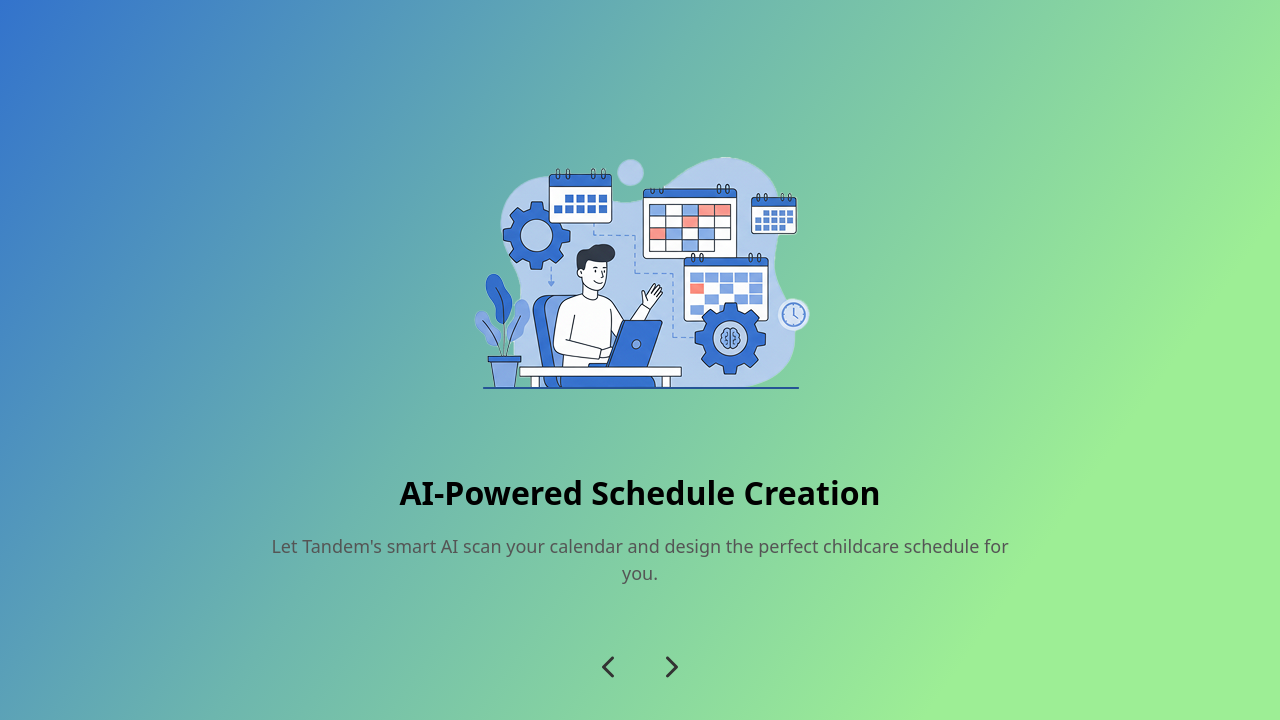
Repository: IDSP-TRADECARE/Tandem
Page: /boarding/features
An editor plug-in stored every save of this project. The page is shown before and after a run of saves, followed by the edit.
The browser window is 1280 px wide. The pictures show the whole page.
The page's requests for data from a server got no answer. Some web fonts or font styles are not loaded; a fallback is used. The project was rebuilt for these pictures with package versions that can differ from the ones it lists, and the page was loaded fresh each time. Some packages were replaced by stand-ins written for this rebuild. The framework's server and built-in components were replaced by stand-ins that run in the browser. No one was signed in, and anything a server would have sent is missing. Also part of the build but not shown: next.config.ts, src/app/components/auth/AuthGuard.tsx.

Above is the page before, as saved 2025-11-22 21:39:36.

### src/app/layout.tsx
/* eslint-disable @next/next/no-page-custom-font */
import { ClerkProvider } from '@clerk/nextjs'
import { SocketProvider } from '@/lib/socket/SocketContext'
import './globals.css'
import type { Metadata } from "next";
import { AuthWrapper } from './components/auth/AuthWrapper';


export const metadata: Metadata = {
  title: "Tandem",
  description: "Share childcare with your community",
  icons: {
    icon: 'brand/logoColor.svg',
  },
};

export default function RootLayout({
  children,
}: Readonly<{
  children: React.ReactNode;
}>) {
  return (
    <ClerkProvider>
      <html lang="en">
        <head>
          {/* Omnes Pro from Adobe Fonts */}
          <link rel="stylesheet" href="https://use.typekit.net/pku8yek.css" />

          {/* Alan Sans from Google Fonts */}
          <link rel="preconnect" href="https://fonts.googleapis.com" />
          <link rel="preconnect" href="https://fonts.gstatic.com" crossOrigin="anonymous" />
          <link href="https://fonts.googleapis.com/css2?family=Alan+Sans:wght@300..900&display=swap" rel="stylesheet" />
        </head>
        <body className="antialiased">
          <SocketProvider>
            <AuthWrapper>
              {children}
            </AuthWrapper>
          </SocketProvider>
        </body>
      </html>
    </ClerkProvider>
  )
}

### src/app/boarding/features/page.tsx
"use client";
import { useState } from "react";
import { useRouter } from "next/navigation";
import { GradientBackgroundFull } from "@/app/components/ui/backgrounds/GradientBackgroundFull";
import { IoIosArrowBack, IoIosArrowForward } from "react-icons/io";
import styles from "./features.module.css";

const features = [
    {
        id: 1,
        title: "AI-Powered Schedule Creation",
        description:
            "Let Tandem's smart AI scan your calendar and design the perfect childcare schedule for you.",
        imgSrc: "/boarding/Graphic-ai-powered-feature1.png",
    },
    {
        id: 2,
        title: "Seamless Nanny Booking",
        description:
            "Effortlessly discover and book reliable nannies tailored to your family's needs.",
        imgSrc: "/boarding/Seamless-nanny-booking-feature2.png",
    },
    {
        id: 3,
        title: "Intelligent Nanny Sharing",
        description:
            "Team up with nearby families to share trusted nannies, cutting costs while building lasting connections.",
        imgSrc: "/boarding/Intelligent-nanny-sharing-feature3.png",
    },
];

export default function FeaturesPage() {
    const [currentIndex, setCurrentIndex] = useState(0);
    const router = useRouter();

    const handleNext = () => {
        if (currentIndex < features.length - 1) {
            setCurrentIndex(currentIndex + 1);
        } else {
            router.push("./sign-up");
        }
    };

    const handlePrevious = () => {
        if (currentIndex > 0) {
            setCurrentIndex(currentIndex - 1);
        }
    };

    const currentFeature = features[currentIndex];

    return (
        <GradientBackgroundFull>
            <div className={styles.container}>
                <div className='max-w-3xl w-full text-center mb-8'>
                    <div className={styles.imageContainer}>
                        <img
                            src={currentFeature.imgSrc}
                            alt={`Feature ${currentFeature.id}`}
                        />
                    </div>

                    <h1 className={styles.title}>{currentFeature.title}</h1>

                    <p className={styles.description}>
                        {currentFeature.description}
                    </p>
                </div>
                <div className={styles.navigation}>
                    <button
                        onClick={handlePrevious}
                        disabled={currentIndex === 0}
                    >
                        <IoIosArrowBack size={32} />
                    </button>

                    <button onClick={handleNext}>
                        <IoIosArrowForward size={32} />
                    </button>
                </div>
            </div>
        </GradientBackgroundFull>
    );
}

### src/lib/socket/SocketContext.tsx
'use client';

import { createContext, useContext, useEffect, useState } from 'react';
import { io, Socket } from 'socket.io-client';
import { ClientToServerEvents, ServerToClientEvents } from './types';

type TypedSocket = Socket<ServerToClientEvents, ClientToServerEvents>;

interface SocketContextType {
  socket: TypedSocket | null;
  isConnected: boolean;
}

const SocketContext = createContext<SocketContextType>({
  socket: null,
  isConnected: false,
});

export function SocketProvider({ children }: { children: React.ReactNode }) {
  const [socket, setSocket] = useState<TypedSocket | null>(null);
  const [isConnected, setIsConnected] = useState(false);

  useEffect(() => {
    const socketUrl = process.env.NEXT_PUBLIC_SOCKET_URL || 'http://localhost:3001';

    console.log('Connecting to Socket.IO server:', socketUrl);

    const socketInstance: TypedSocket = io(socketUrl, {
      transports: ['websocket', 'polling'],
    });

    socketInstance.on('connect', () => {
      console.log('✅ Socket connected:', socketInstance.id);
      setIsConnected(true);
    });

    socketInstance.on('disconnect', () => {
      console.log('❌ Socket disconnected');
      setIsConnected(false);
    });

    socketInstance.on('connect_error', (error) => {
      console.error('Socket connection error:', error);
      setIsConnected(false);
    });

    setSocket(socketInstance);

    return () => {
      socketInstance.disconnect();
    };
  }, []);

  return (
    <SocketContext.Provider value={{ socket, isConnected }}>
      {children}
    </SocketContext.Provider>
  );
}

export const useSocket = () => useContext(SocketContext);

### src/app/globals.css
@import "tailwindcss";

@theme {
  /* Font families */
  --font-family-alan: "Alan Sans", sans-serif;
  --font-family-omnes: "omnes-pro", sans-serif;

  /* Primary Colors */
  --color-primary: #3373cc;
  --color-primary-lighter: #a3c0e8;
  --color-primary-light: #91b3e3;
  --color-primary-light-hover: #91b3e3;
  --color-primary-light-active: #7aa4de;
  --color-primary-hover: #2b62ad;
  --color-primary-active: #255495;
  --color-primary-dark: #122847;
  --color-primary-dark-hover: #0d1d33;
  --color-primary-dark-active: #060d16;

  /* Secondary Colors */
  --color-secondary: #92f189;
  --color-secondary-lighter: #cef9ca;
  --color-secondary-light: #c4f7bf;
  --color-secondary-light-hover: #c4f7bf;
  --color-secondary-light-active: #b8f6b2;
  --color-secondary-hover: #7ccd74;
  --color-secondary-active: #6bb064;
  --color-secondary-dark: #335430;
  --color-secondary-dark-hover: #253c22;
  --color-secondary-dark-active: #101b0f;

  /* Analogous Colors */
  --color-analogous: #68d5ff;
  --color-analogous-lighter: #bbecff;
  --color-analogous-light: #ade8ff;
  --color-analogous-light-hover: #ade8ff;
  --color-analogous-light-active: #9de4ff;
  --color-analogous-hover: #58b5d9;
  --color-analogous-active: #4c9bba;
  --color-analogous-dark: #244b59;
  --color-analogous-dark-hover: #1a3540;
  --color-analogous-dark-active: #0b171c;

  /* Success */
  --color-success: #95b548;

  /* Warning */
  --color-warning: #d78f26;

  /* Error */
  --color-error: #c43535;

  /* Neutral Colors */
  --color-neutral-50: #e6e6e8;
  --color-neutral-100: #b0b0b8;
  --color-neutral-200: #8a8a96;
  --color-neutral-300: #545466;
  --color-neutral-400: #333349;
  --color-neutral-500: #00001b;
  --color-neutral-600: #000019;
  --color-neutral-700: #000013;
  --color-neutral-800: #00000f;
  --color-neutral-900: #00000b;
}

@layer base {
  :root {
    /* Semantic mappings for shadcn */
    --background: 0 0% 100%;
    --foreground: var(--color-neutral-500);
    --card: 0 0% 100%;
    --card-foreground: var(--color-neutral-500);
    --popover: 0 0% 100%;
    --popover-foreground: var(--color-neutral-500);
    --primary-foreground: 0 0% 98%;
    --secondary-foreground: var(--color-neutral-500);
    --muted: var(--color-neutral-50);
    --muted-foreground: var(--color-neutral-300);
    --accent: var(--color-analogous-light);
    --accent-foreground: var(--color-neutral-500);
    --destructive: var(--color-error);
    --destructive-foreground: 0 0% 98%;
    --border: var(--color-neutral-100);
    --input: var(--color-neutral-100);
    --ring: var(--color-primary);
    --radius: 0.5rem;
    --gradient-primary: linear-gradient(135deg, #3373CC 0%, #6DB6AE 46%, #9DEE95 100%);
  }

  .dark {
    --background: var(--color-neutral-500);
    --foreground: 0 0% 98%;
    --card: var(--color-neutral-400);
    --card-foreground: 0 0% 98%;
    --popover: var(--color-neutral-400);
    --popover-foreground: 0 0% 98%;
    --primary-foreground: var(--color-neutral-500);
    --secondary-foreground: 0 0% 98%;
    --muted: var(--color-neutral-300);
    --muted-foreground: var(--color-neutral-100);
    --accent: var(--color-analogous-dark);
    --accent-foreground: 0 0% 98%;
    --destructive-foreground: 0 0% 98%;
    --border: var(--color-neutral-300);
    --input: var(--color-neutral-300);
    --ring: var(--color-primary-light);
    --gradient-primary: linear-gradient(135deg, #3373CC 0%, #6DB6AE 46%, #9DEE95 100%);
  }

  /* Font utilities */
  .font-alan {
    font-family: var(--font-family-alan);
    font-optical-sizing: auto;
  }

  .font-omnes {
    font-family: var(--font-family-omnes);
  }
}

/* FullCalendar Custom Styles */
.fullcalendar-container {
  font-family: inherit;
}

.fc {
  font-size: 14px;
}

.fc .fc-toolbar-title {
  font-size: 1.5rem;
  font-weight: 700;
  color: var(--color-primary);
}

.fc .fc-button {
  background-color: var(--color-primary);
  border-color: var(--color-primary);
  color: white;
  border-radius: 8px;
  padding: 6px 12px;
  font-weight: 600;
}

.fc .fc-button:hover {
  background-color: var(--color-primary-hover);
  border-color: var(--color-primary-hover);
}

.fc .fc-button-active {
  background-color: var(--color-primary-dark);
  border-color: var(--color-primary-dark);
}

.fc .fc-col-header-cell {
  background-color: var(--color-neutral-50);
  padding: 12px;
  font-weight: 600;
  color: var(--color-primary);
}

.fc .fc-daygrid-day-number {
  font-weight: 600;
  color: var(--color-primary);
  padding: 8px;
}

.fc .fc-daygrid-day.fc-day-today {
  background-color: var(--color-primary-lighter) !important;
}

.fc .fc-event {
  border-radius: 6px;
  padding: 4px 6px;
  font-size: 12px;
  font-weight: 600;
  cursor: pointer;
}

.fc .fc-timegrid-event {
  border-radius: 6px;
  padding: 4px;
}

.fc .fc-timegrid-slot {
  height: 3em;
}

.fc .fc-scrollgrid {
  border-color: var(--neutral-100) !important;
}

@layer utilities {
  .bg-gradient-primary {
    background: var(--gradient-primary);
  }
}

### src/app/components/auth/AuthWrapper.tsx
'use client';

import { usePathname } from 'next/navigation';
import { AuthGuard } from './AuthGuard';

export function AuthWrapper({ children }: { children: React.ReactNode }) {
  const pathname = usePathname();

  // Routes that don't require authentication
  const publicRoutes = ['/boarding/features', '/sign-in', '/sign-up'];
  const isPublicRoute = pathname === '/' || publicRoutes.some(route => pathname?.startsWith(route));

  if (isPublicRoute) {
    return <>{children}</>;
  }

  return <AuthGuard>{children}</AuthGuard>;
}

### src/app/components/ui/backgrounds/GradientBackgroundFull.tsx
import React from 'react';

export function GradientBackgroundFull({ children }: { children?: React.ReactNode }) {
  return (
    <div
      className="min-h-screen"
      style={{
        background: 'linear-gradient(125deg, #3373CC 0%, #6DB6AE 40%, #9DEE95 80%)',
        backgroundSize: '100%'
      }}
    >
      {children}
    </div>
  );
}

### src/app/boarding/features/features.module.css
.title {
    font-size: 2rem;
    font-weight: bold;
    margin-bottom: 1rem;
}
.description {
    font-size: 1.125rem;
    color: #555;
    margin-bottom: 2rem;
}
.container {
    min-height: 100vh;
    display: flex;
    flex-direction: column;
    align-items: center;
    justify-content: center;
    padding: 2rem;
}
.imageContainer {
    height: 24rem;
    display: flex;
    align-items: center;
    justify-content: center;
    margin: 1.5rem 0;
}
.navigation {
    display: flex;
    align-items: center;
    gap: 2rem;
}
.navigation button {
    background: none;
    border: none;
    font-size: 2rem;
    cursor: pointer;
    color: #333;
}

After the next 3 saves:
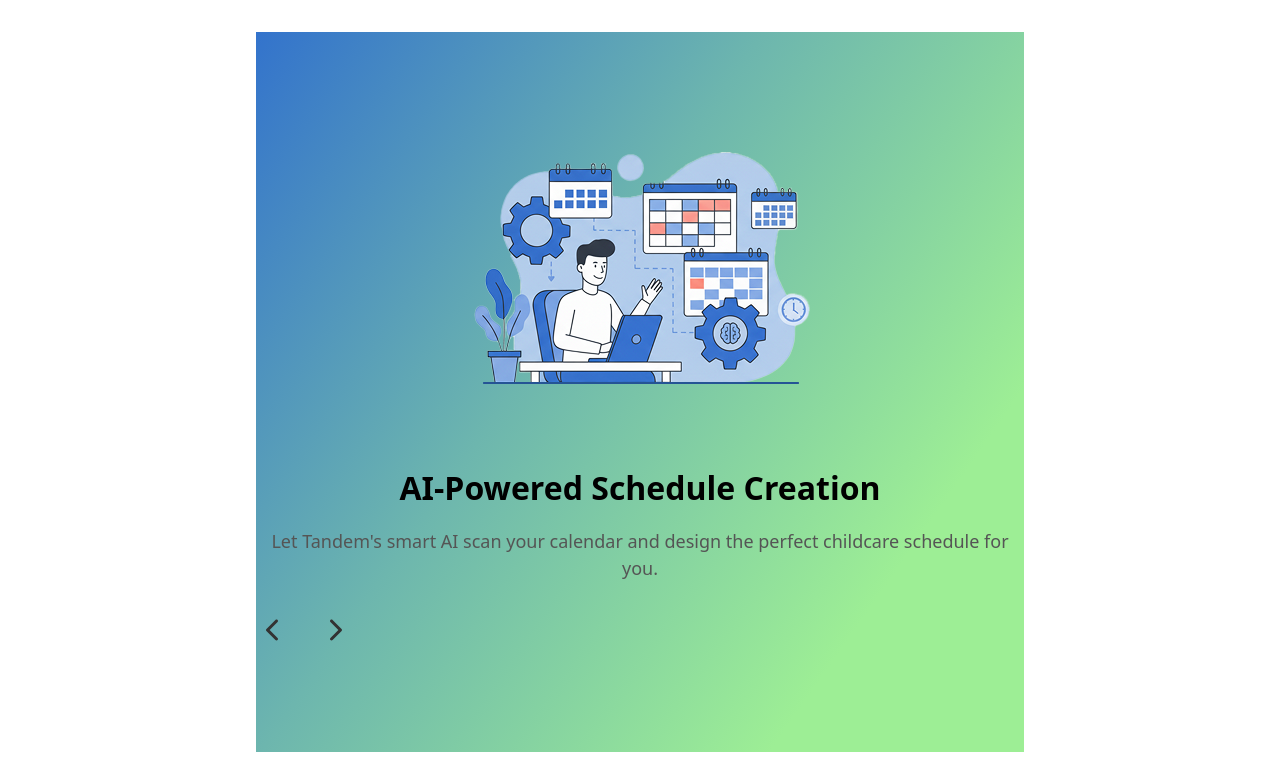
The 3 saves are shown as one change because 1 did not build or start and some came seconds apart.
The last was saved 66 s later.
--- a/src/app/boarding/features/page.tsx
+++ b/src/app/boarding/features/page.tsx
@@ -50,8 +50,8 @@
     const currentFeature = features[currentIndex];
 
     return (
-        <GradientBackgroundFull>
-            <div className={styles.container}>
+        <div className={styles.container}>
+            <GradientBackgroundFull>
                 <div className='max-w-3xl w-full text-center mb-8'>
                     <div className={styles.imageContainer}>
                         <img
@@ -78,7 +78,7 @@
                         <IoIosArrowForward size={32} />
                     </button>
                 </div>
-            </div>
-        </GradientBackgroundFull>
+            </GradientBackgroundFull>
+        </div>
     );
 }
